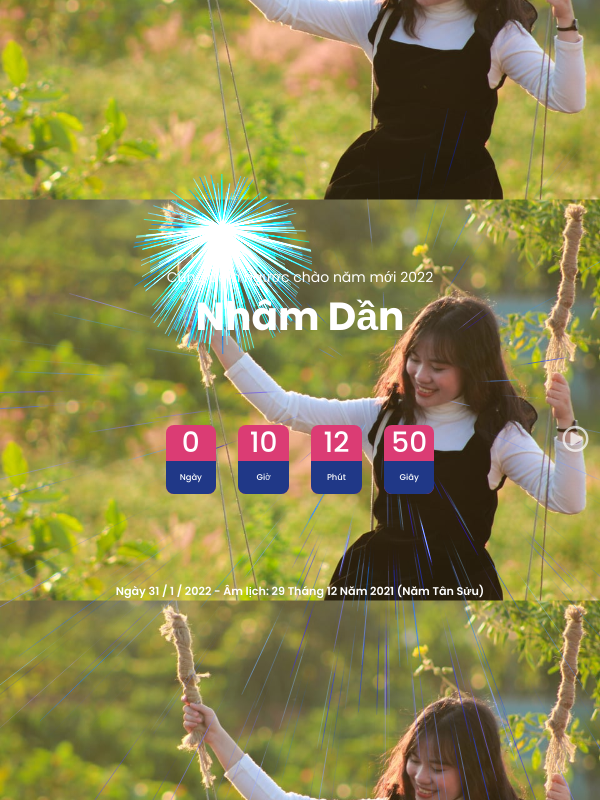
Repository: nguyenban1903/nguyenban1903.github.io
Page: huonggiangcountdown/index.html
These files come from the project's save history. The page is drawn as it stood at one moment and after the next save; the edit follows.
The browser window is 600 px wide. The pictures show the whole page.
Some web libraries are served in a nearby version.

Above is the page before, as saved 2022-01-31 14:02:45.

After the next save:
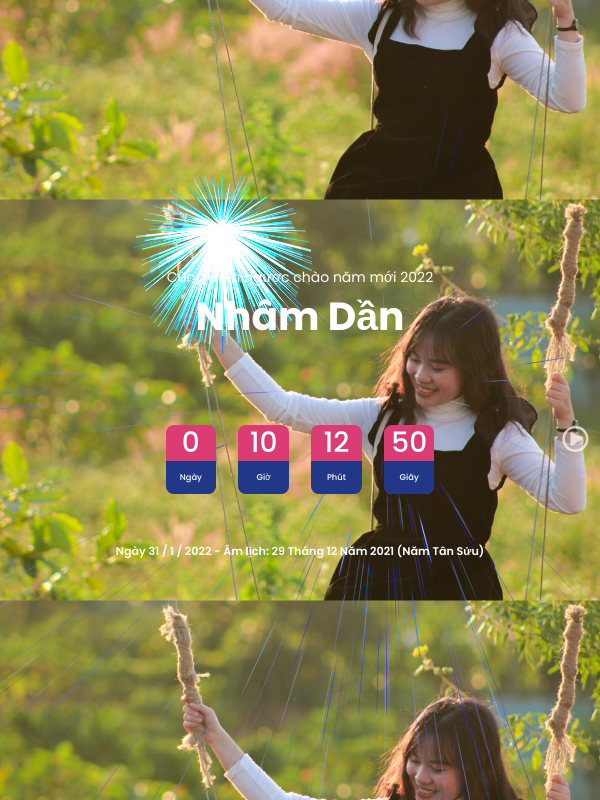
Saved 4 min 32 s later.
--- a/huonggiangcountdown/assets/css/style.css
+++ b/huonggiangcountdown/assets/css/style.css
@@ -222,7 +222,7 @@ body {
     /* position : absolute; */
     text-align: center;
     font-size: 1.7em;
-    bottom: 25%;
+    bottom: 30%;
   }
   .date-lunar {
     font-size: 2rem;
